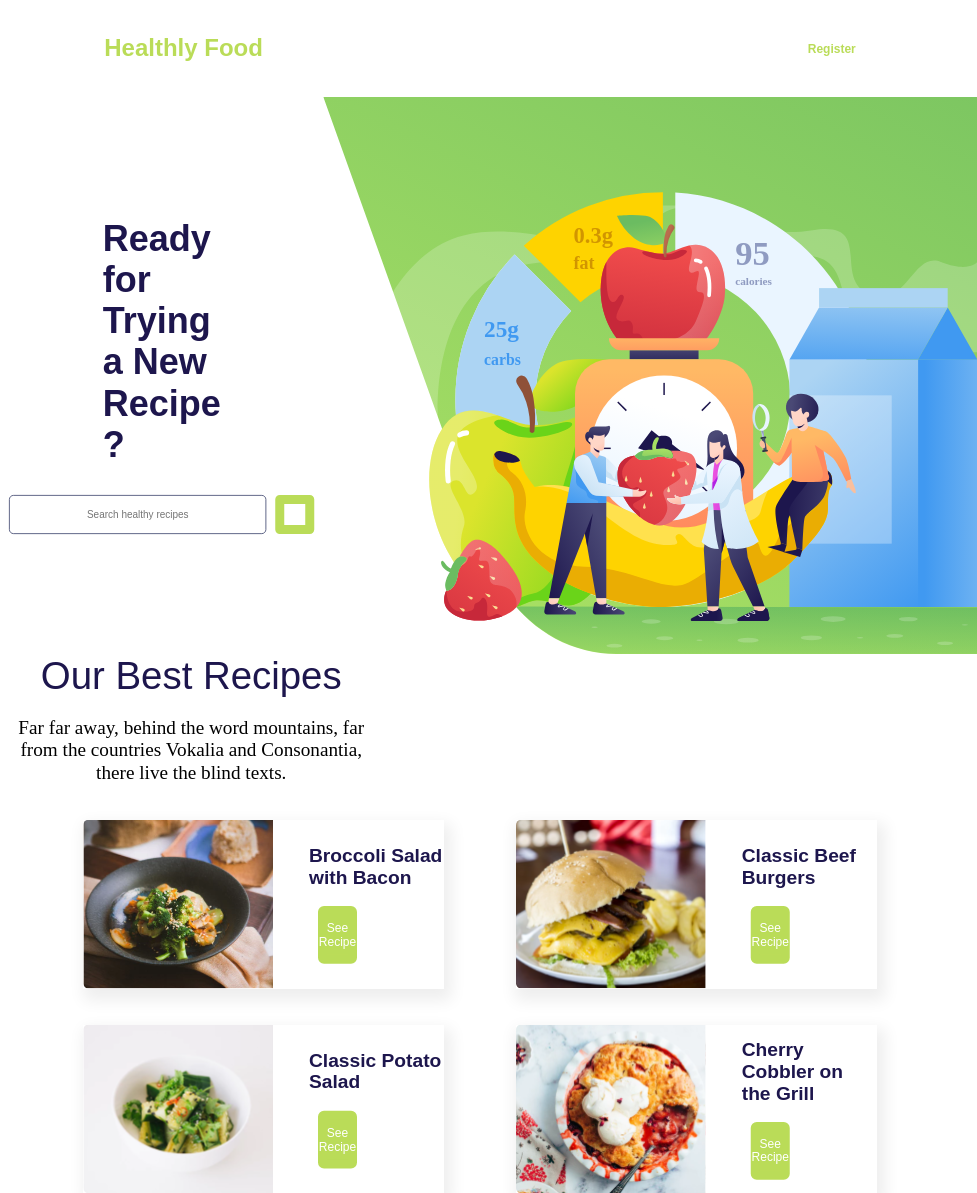
Repository: LuccaCasalecchi/HealthyFood
Page: /
An editor plug-in stored every save of this project. The page is shown before and after a run of saves, followed by the edit.
The browser window is 1280 px wide. The page is 1303 px wide, so the pictures cover 1303 px, including what lies to the right of the window. The pictures show the whole page, at 75% of full size.
The project was rebuilt for these pictures with package versions that can differ from the ones it lists, and the page was loaded fresh each time.

Above is the page before, as saved 2021-08-18 16:48:09.

### src/App.js
import React from 'react'
import LandingPage from './pages/LandingPage/LandingPage';

function App() {
  return (
    <div className="App">
      <LandingPage/>
    </div>
  );
}

export default App;

### src/pages/LandingPage/LandingPage.jsx
import React from "react";
import "./LandingPage.css";
import Recipes from "../../components/Recipes/Recipes";
import Main from "../../components/Main/Main";

export default function LandingPage() {
  return (
    <>
      <Main/>
      <Recipes/>
    </>
  );
}

### src/pages/LandingPage/LandingPage.css
* {
  margin: 0;
  padding: 0;
  box-sizing: border-box;
  font-family: sans-serif;
}

### src/components/Recipes/Recipes.jsx
import React from "react";
import Card from '../Card/Card'

import './Recipes.css'
import FoodOne from '../../images/comida_1.svg';
import FoodTwo from '../../images/comida_2.svg';
import FoodThree from '../../images/comida_3.svg';
import FoodFour from '../../images/comida_4.svg';

export default function Recipes() {
  return (
    <section className='recipes' id='recipes'>
      <div className='recipes__introduction'>
        <p className='introduction__title'>Our Best Recipes</p>
        <p className='introduction__description'>
          Far far away, behind the word mountains,
          far from the countries Vokalia and Consonantia,
          there live the blind texts.
        </p>
      </div>
      <div className='recipes__best'>
        <Card image={FoodOne} title='Broccoli Salad with Bacon'/>
        <Card image={FoodTwo} title='Classic Beef Burgers'/>
        <Card image={FoodThree} title='Classic Potato Salad'/>
        <Card image={FoodFour} title='Cherry Cobbler on the Grill'/>
      </div>
    </section>
  );
}

### src/components/Main/Main.jsx
import React from 'react'
import Input from '../Input/Input'
import Illustration from '../../images/Illustration.svg'
import Header from '../Header/Header'
import './Main.css'

export default function Main() {
  return (
    <div>
      <Header/>
      <div className="search-recipes">
        <div className="subtitle">
          <h2>Ready for<br />Trying a New<br />Recipe ?</h2>
          <div className="input-container">
          <Input/>
          </div>
        </div>
        <img src={Illustration} alt="" />
      </div>
    </div>
  )
}

### src/components/Card/Card.jsx
import React from 'react'
import './Card.css'

export default function Card({image, title}) {
  return (
    <div>
      <article className='recipe'>
      <img className='recipe__image' src={image} alt={title}/>
      <div className="recipe__informations">
        <p className='recipe__title'>{title}</p>
        <button className='recipe__button' to='/'>See Recipe</button>
      </div>
    </article>
    </div>
  )
}

### src/components/Recipes/Recipes.css
.recipes-container{
  background-color: rgb(205, 255, 248);
  width: 100%;
  display: flex;
  flex-direction: column;
  align-items: center;
  margin-bottom: 6rem;
}

.recipes__introduction {
  max-width: 510px;
}

.introduction__title {
  margin-bottom: 1.5rem;

  color: #1D164D;
  font-family: sans-serif;
  font-size: 3.2rem;
  text-align: center;
}

.introduction__description {
  color: var(--color-text);
  font-family: 'Muli';
  font-size: 1.6rem;
  text-align: center;
}

.recipes__best {
  display: flex;
  flex-wrap: wrap;
  justify-content: center;
}

### src/components/Input/Input.jsx
import React from 'react'
import './Input.css'

export default function Input() {
  return (
    <div className="input-container">
      <input
      type="text"
      placeholder="Search healthy recipes"/>

      <button></button>
    </div>
  )
}

### src/components/Header/Header.jsx
import React from 'react'
import './Header.css'

export default function Header() {
  return (
    <div className="header-container">
        <a href="#" className="logo">Healthly Food</a>
        <a href="#" className="register">Register</a>
    </div>
  )
}

### src/components/Main/Main.css
.search-recipes {
  display: flex;
  justify-content: space-between;
  align-items: center;
}

.subtitle {
  display: flex;
  justify-content: center;
  align-items: center;
  flex-direction: column;
}

.subtitle h2 {
  font-size: 48px;
  color: #1d164d;
  text-align: left;
  padding: 0px 137px 40px;
}

### src/components/Card/Card.css
.recipe {
  display: flex;
  align-items: center;
  margin: 3rem 3rem 0 3rem;
  box-shadow: 5px 10px 20px 6px rgba(0,0,0,0.07);
}

.recipe__image {
  max-width: 253px;
  max-height: 225px;
}

.recipe__informations {
  max-width: 180px;
  display: flex;
  flex-direction: column;
  margin-left: 3rem;
}

.recipe__title {
  margin-bottom: 1.5rem;
  color: #1D164D;
  font-family: sans-serif;
  font-size: 1.6rem;
  font-weight: 700;
}

.recipe__button {
  width: ;
  height: 4.8rem;
  display: flex;
  justify-content: center;
  align-items: center;
  background: #BADC58;
  color: white;
  border-radius: .5rem;
  font-family: sans-serif;
  font-size: 1rem;
  text-decoration: none;
}

### src/components/Input/Input.css
.input-container{
  display: flex;
  justify-content: center;
  align-items: center;
  padding: 0px;
}

input{
  width: 343px;
  height: 52px;
  border-radius: 6px;
  border: 1px solid #2D3561;
  text-align: center;
}

button{
  width: 52px;
  height: 52px;
  background-color: white;
  border: 12px solid #BADC58;
  border-radius: 6px;
  padding: 0px 12px;
  margin-left: 12px;
}

### src/components/Header/Header.css
.header-container{
  display: flex;
  justify-content: space-between;
  align-items: center;
  padding: 46px 0;
}

.header-container a {
  text-decoration: none;
  color: #BADC58;
  font-weight: 700;
  padding: 0 139px;
}

.header-container .logo{
  font-size: 32px;

}

.header-container .register{
  font-size: 16px;

}

Loaded but not shown: public/index.html (common file); src/index.js (common file)

After the next 3 saves:
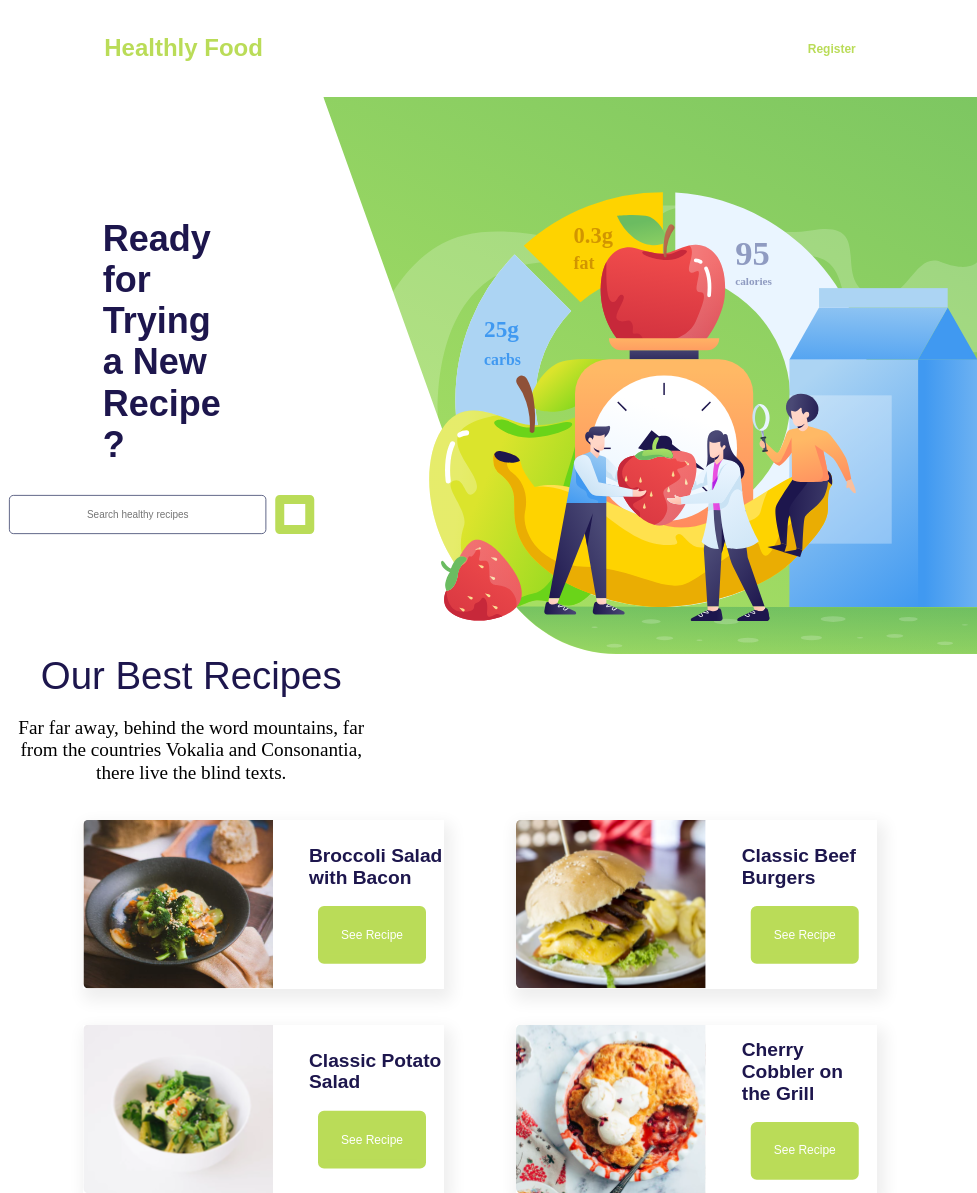
The 3 saves are shown as one change because they came seconds apart.
The last was saved 9 s later.
--- a/src/components/Card/Card.css
+++ b/src/components/Card/Card.css
@@ -26,7 +26,7 @@
 }
 
 .recipe__button {
-  width: ;
+  width: 80%;
   height: 4.8rem;
   display: flex;
   justify-content: center;
